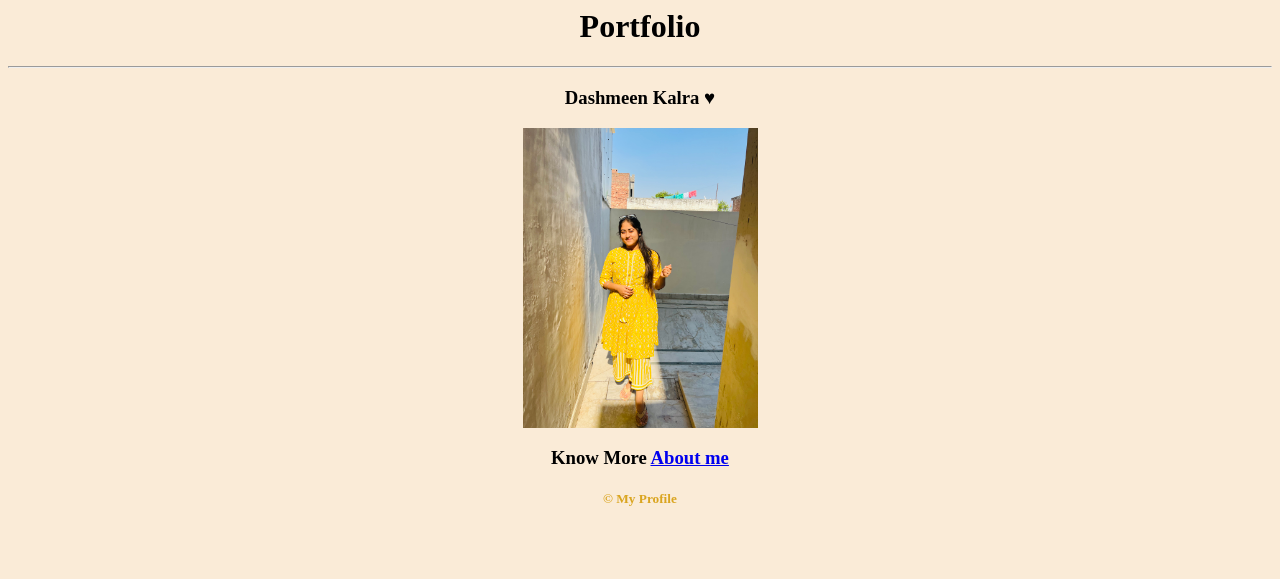
Repository: dashmeenkalra/dashmeen_kalra
Page: html/index.html
The author's editor kept a copy of each file at every save. The page is drawn from the files as they stood at one save, then again after a run of saves.
The browser window is 1280 px wide. The pictures show the whole page.

Above is the page before, as saved 2023-03-05 12:18:30.

After the next 3 saves:
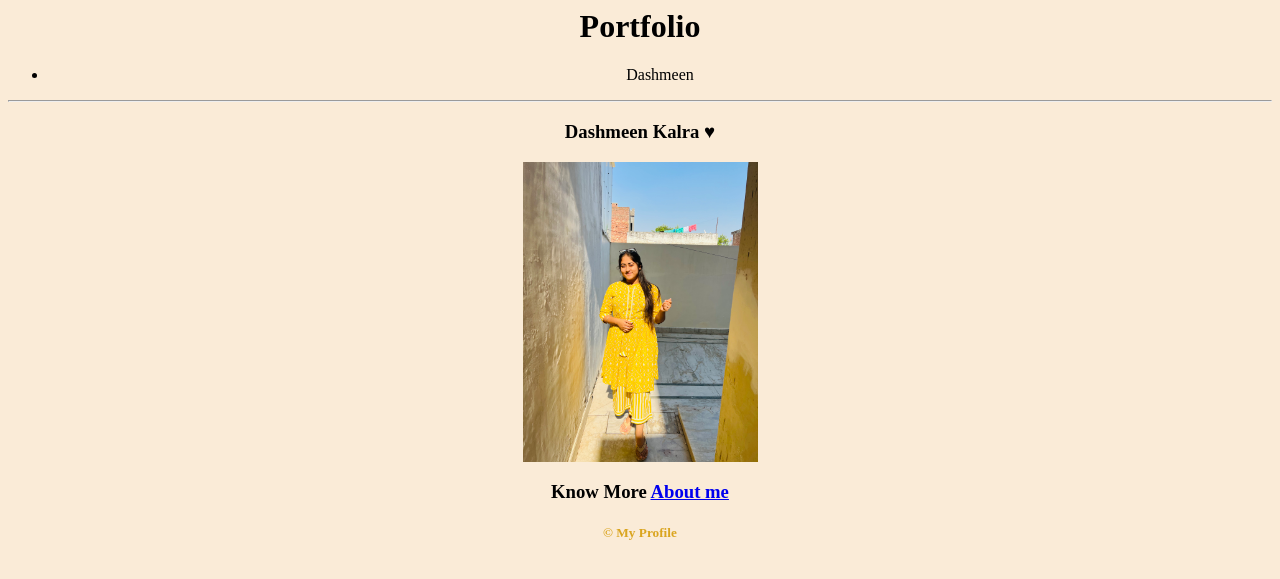
The 3 saves are shown as one change because they came seconds apart.
The last was saved 9 s later.
--- a/html/index.html
+++ b/html/index.html
@@ -11,7 +11,9 @@
         <h1>
              Portfolio
         </h1>
-
+        <ul>
+            <li>Dashmeen</li>
+        </ul>
         <hr/>
         <h3>
             Dashmeen Kalra &heartsuit;
